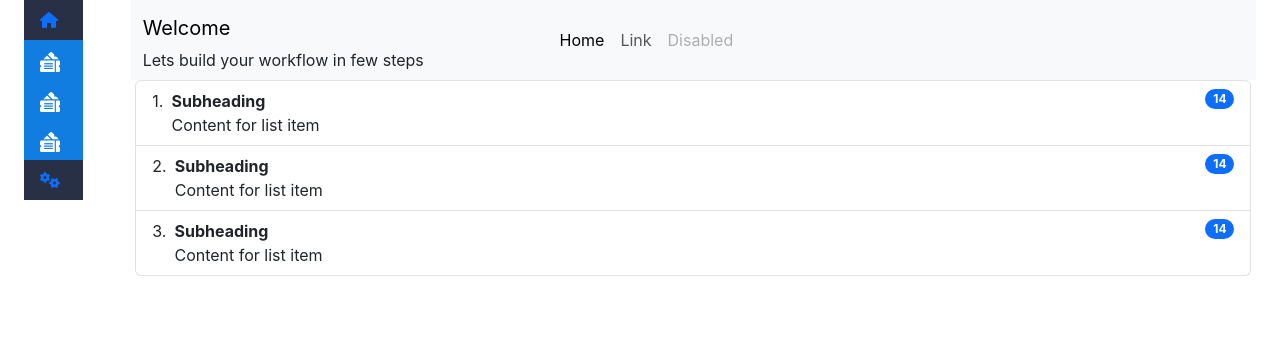
Repository: rishikarajeev/GL_HelpDesk
Page: /showtickets
These files come from the project's save history. The page is drawn as it stood at one moment and after a run of saves; the edit follows.
The browser window is 1280 px wide. The pictures show the whole page.
The project was rebuilt for these pictures with package versions that can differ from the ones it lists, and the page was loaded fresh each time. Also part of the build but not shown: src/App.css, src/Pages/HomePage.jsx.

Above is the page before, as saved 2024-01-08 20:54:22.

After the next 3 saves:
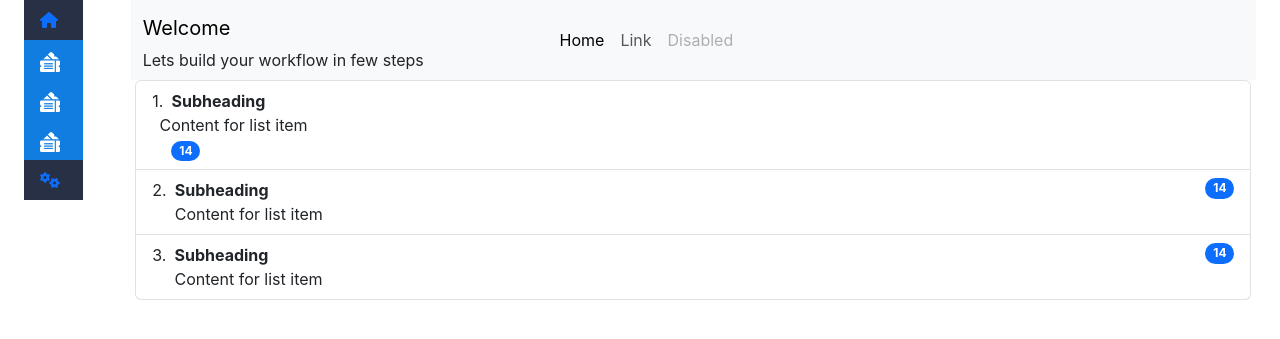
The 3 saves are shown as one change because 1 did not build or start and some came seconds apart.
The last was saved 19 s later.
--- a/src/Pages/ViewTickets.jsx
+++ b/src/Pages/ViewTickets.jsx
@@ -10,11 +10,12 @@ function ViewTickets() {
   <ol class="list-group list-group-numbered">
   <li class="list-group-item d-flex justify-content-between align-items-start">
     <div class="ms-2 me-auto">
-        <div className='row'></div>
+        <div className='row'>
       <div class="fw-bold">Subheading</div>
       Content for list item
     </div>
     <span class="badge bg-primary rounded-pill">14</span>
+    </div>
   </li>
   <li class="list-group-item d-flex justify-content-between align-items-start">
     <div class="ms-2 me-auto">
